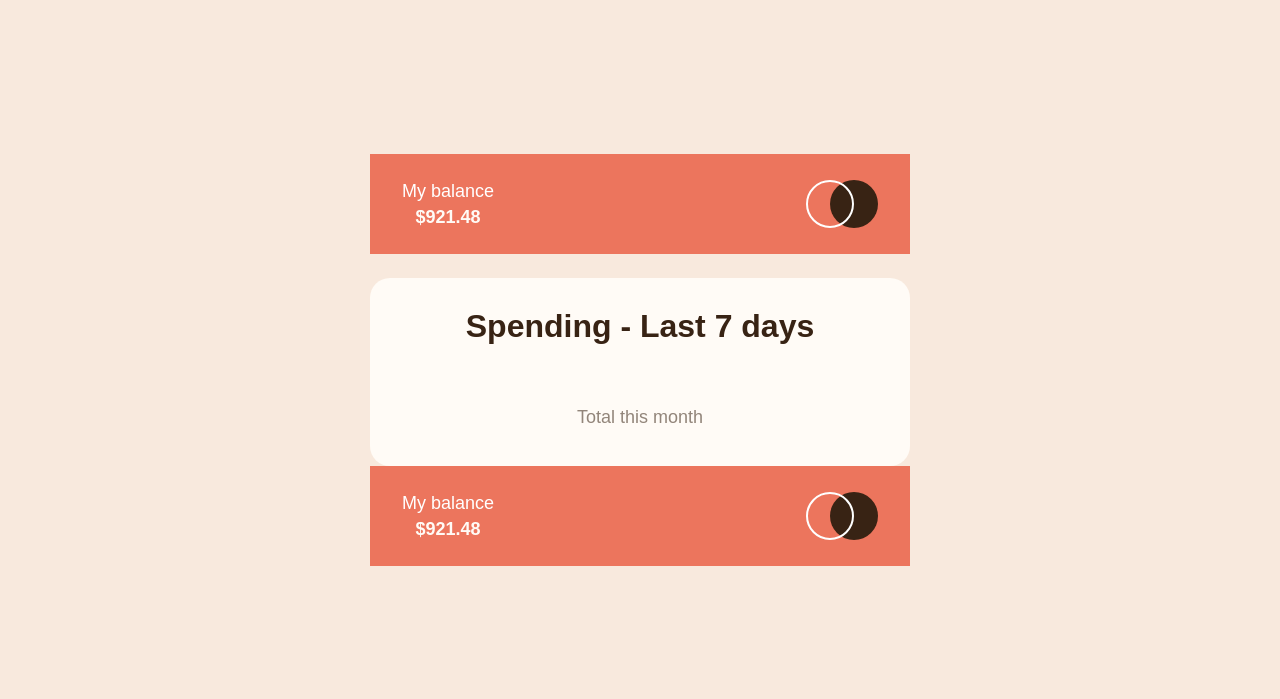
Repository: usmanov16/6-oy-2-dars-
Page: /
These files come from the project's save history. The page is drawn as it stood at one moment and after a run of saves; the edit follows.
The browser window is 1280 px wide. The pictures show the whole page.
The project was rebuilt for these pictures with package versions that can differ from the ones it lists, and the page was loaded fresh each time. Also part of the build but not shown: vite.config.js.

Above is the page before, as saved 2025-08-28 14:14:53.

### index.html
<!doctype html>
<html lang="en">
  <head>
    <meta charset="UTF-8" />
    <link rel="icon" type="image/svg+xml" href="/vite.svg" />
    <meta name="viewport" content="width=device-width, initial-scale=1.0" />
    <title>Vite + React</title>
    <link rel="stylesheet" href="./src/index.css">
  </head>
  <body>
    <div id="root"></div>
    <script type="module" src="/src/main.jsx"></script>
  </body>
</html>

### src/index.css
@import "tailwindcss";

@theme {
  --color-red: #ec755d;
  --color-cream: #f8e9dd;
  --color-card-white: #fffbf6;
  --color-white: #ffffff;
  --color-cyan: #76b5bc;
  --color-medium-brown: #92857a;
  --color-dark-brown: #382314;

  /* font */
  --default-font-family: "DM Sans Variable", sans-serif;
}

@layer base {
  body {
    @apply text-lg text-medium-brown font-normal leading-[1] bg-cream flex items-center justify-center min-h-screen;
  }
}

@layer components {
  .chart-item span {
    display: none;
  }

  .chart-item:hover span {
    display: block;
  }
}

### src/main.jsx

import "./index.css";
// Supports weights 100-900
import '@fontsource-variable/dm-sans';
import { createRoot } from "react-dom/client";
import App from "./App";

createRoot(document.getElementById("root")).render(<App />);

### src/App.jsx

import './App.css'
import React from 'react'
import Card from './components/Card'
import CardTop from './components/CardTop'

function App() {
  return (
    <div>
      <Card/>
      <CardTop/>
    </div>
  )
}

export default App

### src/components/Card.jsx

import React from 'react'
import CardTop from './CardTop'
import CardBottom from './CardBottom'

function Card() {
  return (
    <div className='w-[540px] flex flex-col  gap-6'>
        <CardTop/>
        <CardBottom/>
    </div>
  )
}

export default Card

### src/components/CardTop.jsx
import React from 'react'

function CardTop() {
  return (
    <div className='flex items-center justify-between px-8 py-6.5 bg-red rounded[1.25rem]'>
        <div className='flex flex-col gap-2'>
            <span className='text-white'>My balance</span>
            <span className='font-bold text-card-white text[2rem]'>$921.48</span>
        </div>
        <img src="./rounded.svg" alt="" width={72} height={48} />
    </div>
  )
}

export default CardTop

### src/components/CardBottom.jsx
import React from 'react'

const chartData = [
  {
    id: 1,
    weekdays: "mo",
    value: 56
  },
  {
    id: 2,
    weekdays: "tu",
    value: 40
  },
  {
    id: 3,
    weekdays: "we",
    value: 44
  },
  {
    id: 4,
    weekdays: "th",
    value: 81
  },
  {
    id: 5,
    weekdays: "fr",
    value: 76
  },
  {
    id: 6,
    weekdays: "sa",
    value: 15
  },
  {
    id: 7,
    weekdays: "su",
    value: 11
  }

]

function CardBottom() {
  const [maxChart] = [...chartData].sort((a, b) => {
    return b.value - a.value
  })

  function chartHeight(h) {
    let {value} = maxChart;
    let height = 150

    return `${((h*100) / value).toFixed(1)}% `
    // return "h-[150px]"
  }

  return (
    <div className='bg-card-white pt-8 p-10 rounded-[1.25rem]'>
      <h1 className='text-dark-brown font-bold text-[2rem] mb-[66px] '>Spending - Last 7 days</h1>
      <ul className=' w-full flex justify-between gap-2 '>
        {chartData.map((ch) => {
          <li className='w-[3.125rem] text-center flex flex-col gap-2' key={ch.id}>

            <div className='h-[150px] flex items-end relative'>

              <div style={{height: chartHeight(ch.value)}}
               className={`chart-item rounded-[5px] w-full ${
                ch.value == maxChart.value ? "bg-cyan" : "bg-red"
              } relative ` }>
                <span className='absolute -top-2 left-[50%] -translate-x-[50%] -translate-y-[100%]'>${ch.value}</span>
              </div>
            </div>
            <span className='w-full'>{ch.weekdays}</span>
          </li>
        })}
      </ul>
      <span className='w-[460px] h-0.5 bg-card-white'></span>
      <div>
      <span className="text-medium-brown font-normal leading-[1]">Total this month</span>
      <span className='text-dark-brown text- '></span>
      </div>
    </div>
  )
}

export default CardBottom

Loaded but not shown: src/App.css (common file)

After the next 3 saves:
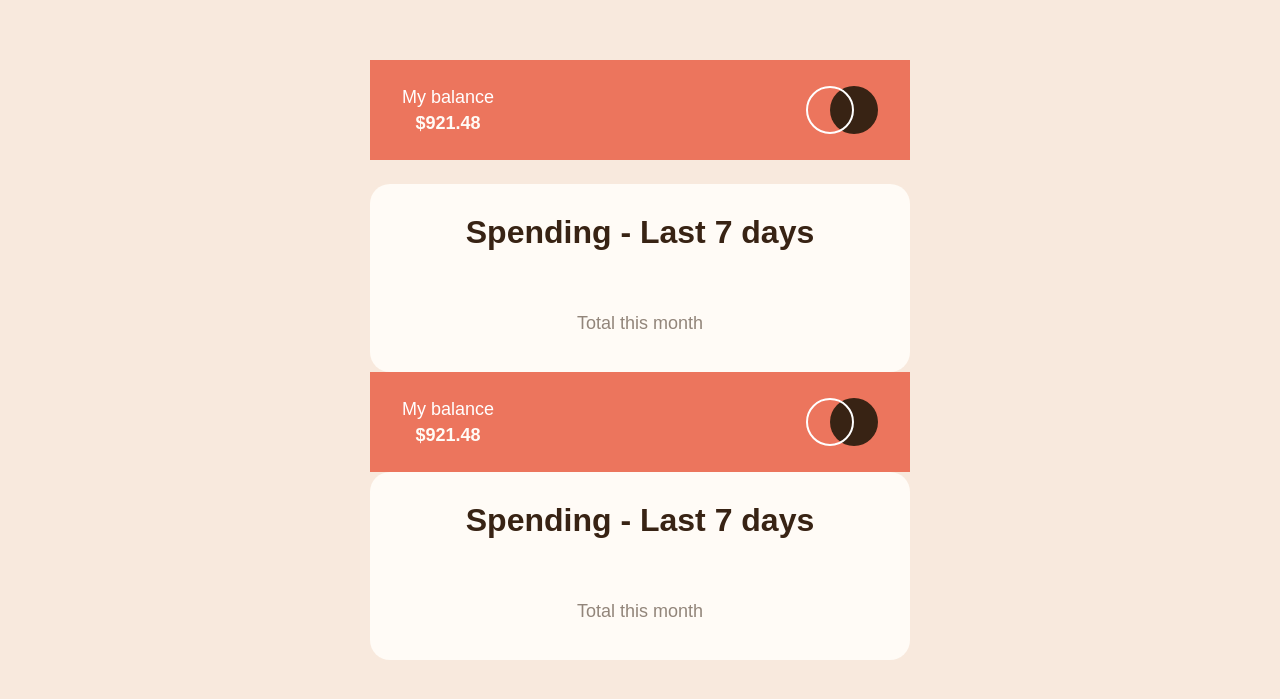
The 3 saves are shown as one change because 1 did not build or start and some came seconds apart.
The last was saved 11 s later.
--- a/src/App.jsx
+++ b/src/App.jsx
@@ -3,12 +3,14 @@ import './App.css'
 import React from 'react'
 import Card from './components/Card'
 import CardTop from './components/CardTop'
+import CardBottom from './components/CardBottom'
 
 function App() {
   return (
     <div>
       <Card/>
       <CardTop/>
+      <CardBottom/>
     </div>
   )
 }
